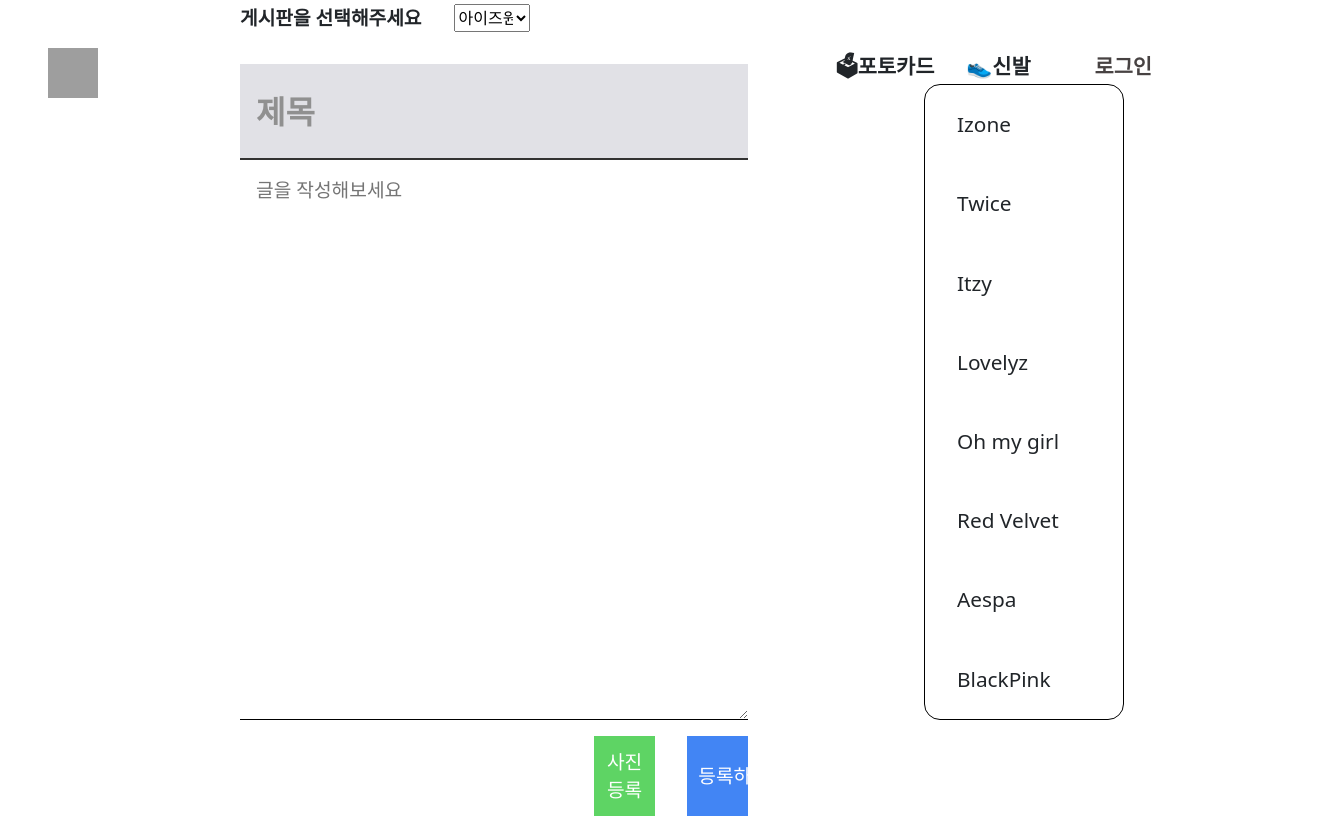
Repository: hwangstar156/goods-trader
Page: /write
An editor plug-in stored every save of this project. The page is shown before and after the next save, followed by the edit.
The browser window is 1280 px wide. The page is 1328 px wide, so the pictures cover 1328 px, including what lies to the right of the window. The pictures show the whole page.
Pictures or frames that could not be fetched are drawn as grey boxes. Some web libraries are served in a nearby version. The project was rebuilt for these pictures with package versions that can differ from the ones it lists, and the page was loaded fresh each time. Also part of the build but not shown: src/App.css, src/component/sign-up/sign-up.component.jsx, src/component/sign-in/sign-in.styles.scss, src/component/sign-in/sign-in.component.jsx, src/component/with-spinner/withSpinner.styles.scss, src/component/with-spinner/withSpinner.component.jsx, src/pages/userprofile/userprofile.styles.scss, src/pages/userprofile/userprofile.utils.js and 7 more.

Above is the page before, as saved 2021-09-05 18:51:38.

### public/index.html
<!DOCTYPE html>
<html lang="en">
  <head>
    <meta charset="utf-8" />
    <link rel="icon" href="%PUBLIC_URL%/favicon.ico" />
    <meta name="viewport" content="width=device-width, initial-scale=1" />
    <meta name="theme-color" content="#000000" />
    <meta
      name="description"
      content="Web site created using create-react-app"
    />
    <link rel="apple-touch-icon" href="%PUBLIC_URL%/logo192.png" />

    <link rel="manifest" href="%PUBLIC_URL%/manifest.json" />
    <script src="https://kit.fontawesome.com/08c91e1c0e.js" crossorigin="anonymous"></script>
    <title>Goods trader</title>
  </head>
  <body>
    <div id="root"></div>
  </body>
</html>

### src/index.js
import React from "react";
import ReactDOM from "react-dom";
import "./index.css";
import App from "./App";
import reportWebVitals from "./reportWebVitals";
import { BrowserRouter } from "react-router-dom";
import { PersistGate } from "redux-persist/integration/react";
import { store, persistor } from "./redux/store";
import { Provider } from "react-redux";
import "bootstrap/dist/css/bootstrap.min.css";
ReactDOM.render(
  <Provider store={store}>
    <BrowserRouter>
      <PersistGate persistor={persistor}>
        <App />
      </PersistGate>
    </BrowserRouter>
  </Provider>,

  document.getElementById("root")
);

// If you want to start measuring performance in your app, pass a function
// to log results (for example: reportWebVitals(console.log))
// or send to an analytics endpoint. Learn more: https://bit.ly/CRA-vitals
reportWebVitals();

### src/redux/store.js
import { createStore, applyMiddleware } from "redux";
import logger from "redux-logger";
import { persistStore } from "redux-persist";
import rootReducer from "./root-redux";
import { composeWithDevTools } from "redux-devtools-extension";
import createSagaMiddleware from "redux-saga";
import rootSaga from "./root-saga";

const sagaMiddleware = createSagaMiddleware();
const middlewares = [logger, sagaMiddleware];

const store = createStore(
  rootReducer,
  composeWithDevTools(applyMiddleware(...middlewares))
);
sagaMiddleware.run(rootSaga);
const persistor = persistStore(store);

export { store, persistor };

### src/pages/userprofile/userprofile.container.jsx
import WithSpinner from "../../component/with-spinner/withSpinner.component";
import UserProfilePage from "./userprofile.pages";
import { compose } from "redux";
import { connect } from "react-redux";
import { createStructuredSelector } from "reselect";
import { selectUserFetching } from "../../redux/user/user.selector";

const mapStateToProps = createStructuredSelector({
  isLoading: selectUserFetching,
});

const UserProfileContainer = compose(
  connect(mapStateToProps),
  WithSpinner
)(UserProfilePage);

export default UserProfileContainer;

### src/component/header/header.component.jsx
import React from "react";
import ProfileIcon from "../userprofile/profileicon.component";
import { Link, useHistory } from "react-router-dom";
import "./header.styles.scss";
import { useSelector } from "react-redux";
import {
  selectCurrentUser,
  selectUserLoggedIn,
} from "../../redux/user/user.selector";

const Header = () => {
  const currentUser = useSelector(selectCurrentUser);
  const isLoggedIn = useSelector(selectUserLoggedIn);
  const history = useHistory();
  const handleLogoClick = () => {
    history.push("/");
  };

  return (
    <>
      <div className="header-container">
        <div className="logo" onClick={handleLogoClick}>
          <img
            src="https://www.freepnglogos.com/uploads/logo-website-png/logo-website-file-globe-icon-svg-wikimedia-commons-21.png"
            alt=""
            className="logo-img"
          />
        </div>
        <div className="header-element">
          {isLoggedIn ? (
            <Link className="header-write" to="/write">
              📝글쓰기
            </Link>
          ) : null}

          <div className="header-photocard">🗳포토카드</div>
          <div className="header-sneakers">👟신발</div>
          {currentUser ? (
            <ProfileIcon />
          ) : (
            <Link to="/signin" className="sign-in-btn">
              로그인
            </Link>
          )}
        </div>
      </div>
    </>
  );
};

export default Header;

### src/redux/user/user.selector.js
import { createSelector } from "reselect";

const selectUser = (state) => state.user;

export const selectCurrentUser = createSelector(
  [selectUser],
  (user) => user.currentUser
);

export const selectUserError = createSelector(
  [selectUser],
  (user) => user.error
);

export const selectUserFetching = createSelector(
  [selectUser],
  (user) => user.isFetching
);

export const selectUserLoggedIn = createSelector(
  [selectUser],
  (user) => user.isLoggedIn
);

### src/pages/write/write.pages.jsx
import React from "react";
import { useState } from "react";
import { useSelector } from "react-redux";
import { firestore, storageRef } from "../../firebase/firebase.utils";
import { selectCurrentUser } from "../../redux/user/user.selector";
import { v4 as uuidv4 } from "uuid";
import { useRef } from "react";
import MenuAside from "../../component/menu-aside/menu-aside.component";
import "github-markdown-css";
import "./write.styles.scss";
import { selectIdols } from "../../redux/idol/idol.selector";
const WritePage = () => {
  const imgRef = useRef(null);
  const inputRef = useRef(null);
  const currentUser = useSelector(selectCurrentUser);
  const idolCollection = useSelector(selectIdols);
  const [text, setText] = useState({
    headText: "",
    mainText: "",
  });
  const [boardId, setBoardId] = useState("");
  const [fileUrl, setFileUrl] = useState("");
  const { headText, mainText } = text;

  const onSubmit = async (e) => {
    e.preventDefault();

    const writing = {
      headText,
      mainText,
      createAt: Date.now(),
      fileUrl,
      boardId,
    };
    firestore.collection("writings").add(writing);
    setText({
      ...text,
      headText: "",
      mainText: "",
    });
  };

  const onChangeTextInput = (e) => {
    const name = e.target.name;
    setText({
      ...text,
      [name]: e.target.value,
    });
  };

  const onChangeFiles = async (e) => {
    const theFile = e.target.files[0];
    if (!theFile) {
      return;
    }
    if (!theFile.type.match(/image.*/)) {
      return;
    }
    const fileRef = storageRef.child(`${currentUser.id}/${uuidv4()}`);
    const responce = await fileRef.put(theFile);
    responce.ref.getDownloadURL().then((url) => {
      setFileUrl(url);
    });
  };

  const onChangeSelectIdol = (e) => {
    setBoardId(encodeURIComponent(e.target.value));
  };

  const onClickRealFileInput = () => {
    inputRef.current.click();
  };

  return (
    <div className="write-container">
      <form onSubmit={onSubmit} className="inputs-form">
        <div className="select-container">
          <label htmlFor="">게시판을 선택해주세요</label>
          <select
            name="idol"
            id="select-collection"
            onChange={onChangeSelectIdol}
            className="idol-selector"
          >
            {idolCollection.map(({ id, title }) => (
              <option key={id} value={title}>
                {title}
              </option>
            ))}
          </select>
        </div>

        <input
          type="text"
          name="headText"
          className="head-input"
          value={headText}
          placeholder="제목"
          onChange={onChangeTextInput}
        />
        <textarea
          type="text"
          placeholder="글을 작성해보세요"
          className="main-input"
          name="mainText"
          value={mainText}
          onChange={onChangeTextInput}
        />
        <input
          type="file"
          accept="image/*"
          onChange={onChangeFiles}
          className="file-input"
          ref={inputRef}
        />
        <footer className="footer-element">
          <button
            type="button"
            className="file-btn"
            onClick={onClickRealFileInput}
          >
            사진 등록
          </button>
          <input type="submit" className="submit-btn" value="등록하기" />
        </footer>
      </form>
      <MenuAside className="menu-aside" />
      <div className="image-preview">
        <img src={fileUrl} alt="" ref={imgRef} />
      </div>
    </div>
  );
};

export default WritePage;

### src/redux/root-redux.js
import { combineReducers } from "redux";
import { persistReducer } from "redux-persist";
import storage from "redux-persist/lib/storage";
import idolReducer from "./idol/idol.reducer";
import userReducer from "./user/user.reducer";
const persistConfig = {
  key: "root",
  storage,
  whitelist: ["cart"],
};

const rootReducer = combineReducers({
  user: userReducer,
  idol: idolReducer,
});

export default persistReducer(persistConfig, rootReducer);

### src/redux/root-saga.js
import { all, call } from "redux-saga/effects";
import { userSagas } from "./user/user.saga";
export default function* rootSaga() {
  yield all([call(userSagas)]);
}

### src/component/sign-up/sign-up.styles.scss
@import url("https://fonts.googleapis.com/css2?family=Poppins&display=swap");
@import url("https://fonts.googleapis.com/css2?family=Jua&display=swap");

* {
  box-sizing: content-box;
  margin: 0;
}
.sign-up-page {
  width: 100%;
  height: 100vh;
  font-family: "Jua", sans-serif;
  & .form-input {
    display: flex;
    flex-direction: column;
    width: 35%;
    justify-content: center;
    margin: 0 auto;
    margin-top: 4rem;
    background-color: skyblue;
    padding: 3rem;
    border-radius: 1rem;

    & h3 {
      font-size: 2rem;
      text-align: center;
      color: black;
    }

    & .sign-up-input {
      margin-top: 2rem;
      height: 3rem;
      background-color: lightgray;
      border: 1px solid black;
      border-radius: 0.5rem;
      font-size: 1rem;
      letter-spacing: 0.1rem;
      padding-left: 1rem;
      &::placeholder {
        letter-spacing: normal;
        font-size: 80%;
        opacity: 1;
      }
    }
  }

  & .sign-up-title {
    display: flex;
    font-style: italic;
    padding-top: 3rem;
    font-size: 3em;

    color: tomato;
    justify-content: center;

    & strong {
      color: blue;
    }
  }

  & .submit-btn {
    width: 20%;
    margin: 4rem auto 0 auto;
    padding: 1rem;
    border-radius: 1.5rem;
    border: transparent;
    background-color: #4285f4;
    color: white;
    font-size: 1rem;

    &:hover {
      cursor: pointer;
      background-color: #357ae8;
    }
  }
}

### src/component/header/header.styles.scss
@import url("https://fonts.googleapis.com/css2?family=Jua&display=swap");

.header-container {
  display: flex;
  position: relative;
  left: 3rem;
  top: 3rem;
  & .logo-img {
    width: 50px;
    height: 50px;
    cursor: pointer;
  }

  & .header-element {
    display: flex;
    position: absolute;
    right: 11rem;
    font-size: 1.3rem;
    line-height: 40px;
    font-weight: 600;
    font-family: "Jua", sans-serif;

    & .header-write {
      text-decoration: none;
      color: rgb(71, 66, 66);
    }

    & .sign-in-btn {
      text-decoration: none;
      color: rgb(71, 66, 66);
    }
    & .header-write {
      margin-right: 2rem;
    }

    & .header-photocard {
      margin-right: 2rem;
    }

    & .header-sneakers {
      margin-right: 4rem;
    }
  }
}

### src/redux/user/user.types.js
export const UserActionTypes = {
  GOOGLE_SIGN_IN_START: "GOOGLE_SIGN_IN_START",
  EMAIL_SIGN_IN_START: "EMAIL_SIGN_IN_START",
  SIGN_IN_SUCCESS: "SIGN_IN_SUCCESS",
  SIGN_IN_FAILURE: "SIGN_IN_FAILURE",
  CHECK_USER_SESSION: "CHECK_USER_SESSION",
  SIGN_OUT_START: "SIGN_OUT_START",
  SIGN_OUT_SUCCESS: "SIGN_OUT_SUCCESS",
  SIGN_OUT_FAILURE: "SIGN_OUT_FAILURE",
  SIGN_UP_START: "SIGN_UP_START",
  SIGN_UP_SUCCESS: "SIGN_UP_SUCCESS",
  SIGN_UP_FAILURE: "SIGN_UP_FAILURE",
  CHANGE_USER_IMAGE: "CHANGE_USER_IMAGE",
  REFRESH_USER_START: "REFRESH_USER_START",
  REFRESH_USER_SUCCESS: "REFRESH_USER_REFRESH_USER_SUCCESS",
  REFRESH_USER_FAILURE: "REFRESH_USER_FAILURE",
};

### src/component/menu-aside/menu-aside.component.jsx
import React from "react";
import "./menu-aside.styles.scss";
const MenuAside = () => {
  return (
    <aside>
      <ul className="menu-aside">
        <li>Izone</li>
        <li>Twice</li>
        <li>Itzy</li>
        <li>Lovelyz</li>
        <li>Oh my girl</li>
        <li>Red Velvet</li>
        <li>Aespa</li>
        <li>BlackPink</li>
      </ul>
    </aside>
  );
};

export default MenuAside;

### src/pages/write/write.styles.scss
.write-container {
  height: 100vh;
  display: flex;
  justify-content: center;
  align-items: center;

  & .image-preview{
      width: 512px;
      height: 315px;
      background-repeat: no-repeat;
      background-position: center;
      background-size: contain;
  }

  & .inputs-form {
    display: flex;
    flex-direction: column;
    margin-left: 15rem;
    margin-right: 6rem;
    width: 900px;
    & .select-container {
        display: flex;
        margin-bottom: 2rem;
        & label{
            font-size: 1.2rem;
            font-weight: 600;
            font-family: 'Segoe UI', Tahoma, Geneva, Verdana, sans-serif;

        }

    & .idol-selector{
        margin-left: 2rem;
        width: 15%;
        display: inline-block;
    }
    }

    & .head-input {
      height: 6rem;
      border: none;
      border-bottom: 2px solid black;
      background-color: rgb(218, 218, 224);
      opacity: 0.8;
      padding-left: 1rem;
      font-weight: 600;
      font-size: 2rem;
      &:focus {
        outline: none;
      }
    }

    & .main-input {
      border: none;
      border-bottom: 1px solid black;
      height: 35rem;
      padding: 1rem 0 0 1rem;
      font-size: 1.2rem;
      &:focus {
        outline: none;
      }
    }

     & .file-input{
         display: none;
     }
    & .footer-element{
        display: flex;
        & .file-btn{
            width: 12%;
            padding: 0.7rem;
            margin-left: auto;
            margin-top: 1rem;
            margin-right: 2rem;
            color: white;
            border: none;
            font-size: 1.2rem;
            background-color: #5ed464;
            &:hover{
                background-color: #45be4b;
            }
        }
        & .submit-btn{
            width: 12%;
            padding: 0.7rem;
            margin-top: 1rem;
            color: white;
            border: none;
            font-size: 1.2rem;
            background-color: #4285f4;
            &:hover{
                background-color: #357ae8;
            }
        }
    }
  }
}

### src/redux/idol/idol.selector.js
import { createSelector } from "reselect";

const selectIdol = (state) => state.idol;

export const selectIdols = createSelector(
  [selectIdol],
  (idol) => idol.sections
);

### src/redux/idol/idol.reducer.js
import idolData from "./idol.data";
import IdolTypeActions from "./idol.type";
const idolReducer = (state = idolData, action) => {
  switch (action.type) {
    case IdolTypeActions.CHANGE_IMAGE_SIZE:
      return {
        ...state,
        imageUrl: action.payload,
      };
    default:
      return state;
  }
};

export default idolReducer;

### src/redux/user/user.reducer.js
import { UserActionTypes } from "./user.types";

const INITIAL_STATE = {
  currentUser: null,
  error: null,
  isFetching: true,
  isLoggedIn: false,
};

const userReducer = (state = INITIAL_STATE, action) => {
  switch (action.type) {
    case UserActionTypes.REFRESH_USER_START:
    case UserActionTypes.CHECK_USER_SESSION:
      return {
        ...state,
        isFetching: true,
      };
    case UserActionTypes.REFRESH_USER_SUCCESS:
    case UserActionTypes.SIGN_IN_SUCCESS:
      return {
        ...state,
        currentUser: action.payload,
        error: null,
        isFetching: false,
        isLoggedIn: true,
      };
    case UserActionTypes.SIGN_OUT_SUCCESS:
      return {
        ...state,
        currentUser: null,
        error: null,
        isLoggedIn: false,
      };
    case UserActionTypes.REFRESH_USER_FAILURE:
    case UserActionTypes.SIGN_IN_FAILURE:
    case UserActionTypes.SIGN_OUT_FAILURE:
    case UserActionTypes.SIGN_UP_FAILURE:
      return {
        ...state,
        error: action.payload,
      };
    default:
      return state;
  }
};

export default userReducer;

### src/component/menu-aside/menu-aside.styles.scss
.menu-aside {
    list-style: none;
    min-width: 200px;
    margin-left: 5rem;
    border-radius: 1rem;
    border: 1px solid black;
    padding-left: 0;

    & li {
        margin-left: 0;
      padding: 1.5rem 0 1.5rem 2rem;
      font-size: 1.3rem;
      border-radius: 1rem;
      &:hover{
          background-color: rgb(169, 169, 255);
          color: white;
        cursor:pointer;
      }
    }
  }

### src/redux/idol/idol.type.js
const IdolTypeActions = {
  CHANGE_IMAGE_SIZE: "CHANGE_IMAGE_SIZE",
};

export default IdolTypeActions;

### src/menu-item/menu-item.styles.scss
* {
  box-sizing: content-box;
  margin: 0;
}

.menu-item {
  overflow: hidden;
  min-width: 30%;
  &:hover {
    cursor: pointer;

    & .background-image {
      transform: scale(1.04);
      transition: transform 2s cubic-bezier(0.25, 0.45, 0.45, 0.95);

      & .content {
        opacity: 0.9;
      }
    }
  }
  & .background-image {
    position: relative;
    height: 700px;

    background-size: cover;
    background-repeat: no-repeat;
    background-position: center;

    & .content {
      position: absolute;
      width: 7.5rem;
      height: 7.5rem;
      display: flex;
      flex-direction: column;
      align-items: center;
      justify-content: center;
      border: 1px solid black;
      top: 50%;
      left: 50%;
      background-color: white;
      opacity: 0.7;
      transform: translate(-50%, -50%);
      border-radius: 0.5rem;
      & .title {
        font-weight: bold;
        margin: 0 3px 0;
        font-size: 20px;
        color: #4a4a4a;
        font-family: sans-serif;
      }
    }
  }
}

Loaded but not shown: src/index.css (common file); src/reportWebVitals.js (common file); src/redux/user/user.saga.js (119 lines, source omitted); src/firebase/firebase.utils.js (87 lines, source omitted); src/redux/user/user.action.js (66 lines, source omitted); src/redux/idol/idol.data.js (58 lines, source omitted); src/App.js (38 lines, source omitted)

After the next save:
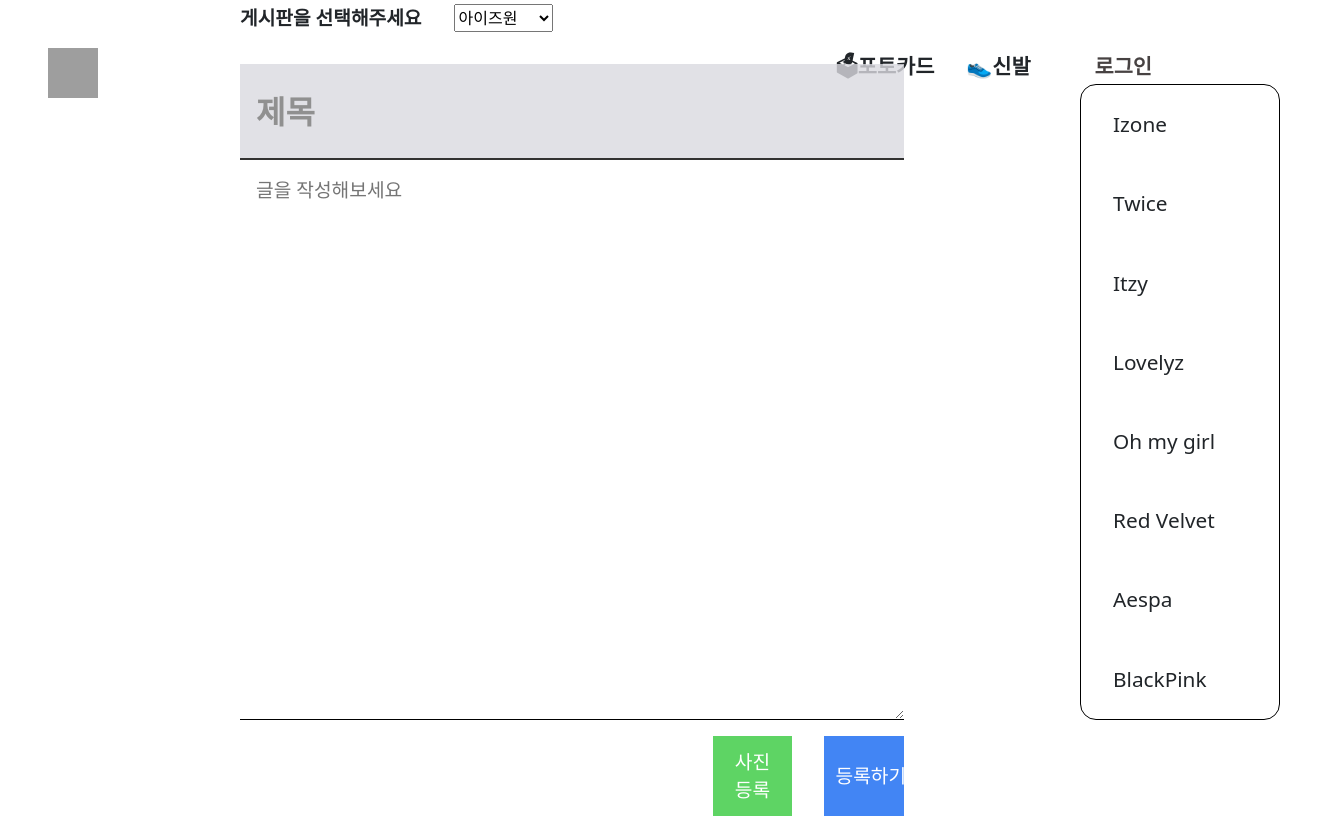
Saved 89 s later.
--- a/src/pages/write/write.styles.scss
+++ b/src/pages/write/write.styles.scss
@@ -5,8 +5,7 @@
   align-items: center;
 
   & .image-preview{
-      width: 512px;
-      height: 315px;
+
       background-repeat: no-repeat;
       background-position: center;
       background-size: contain;

After the 2 saves that followed:
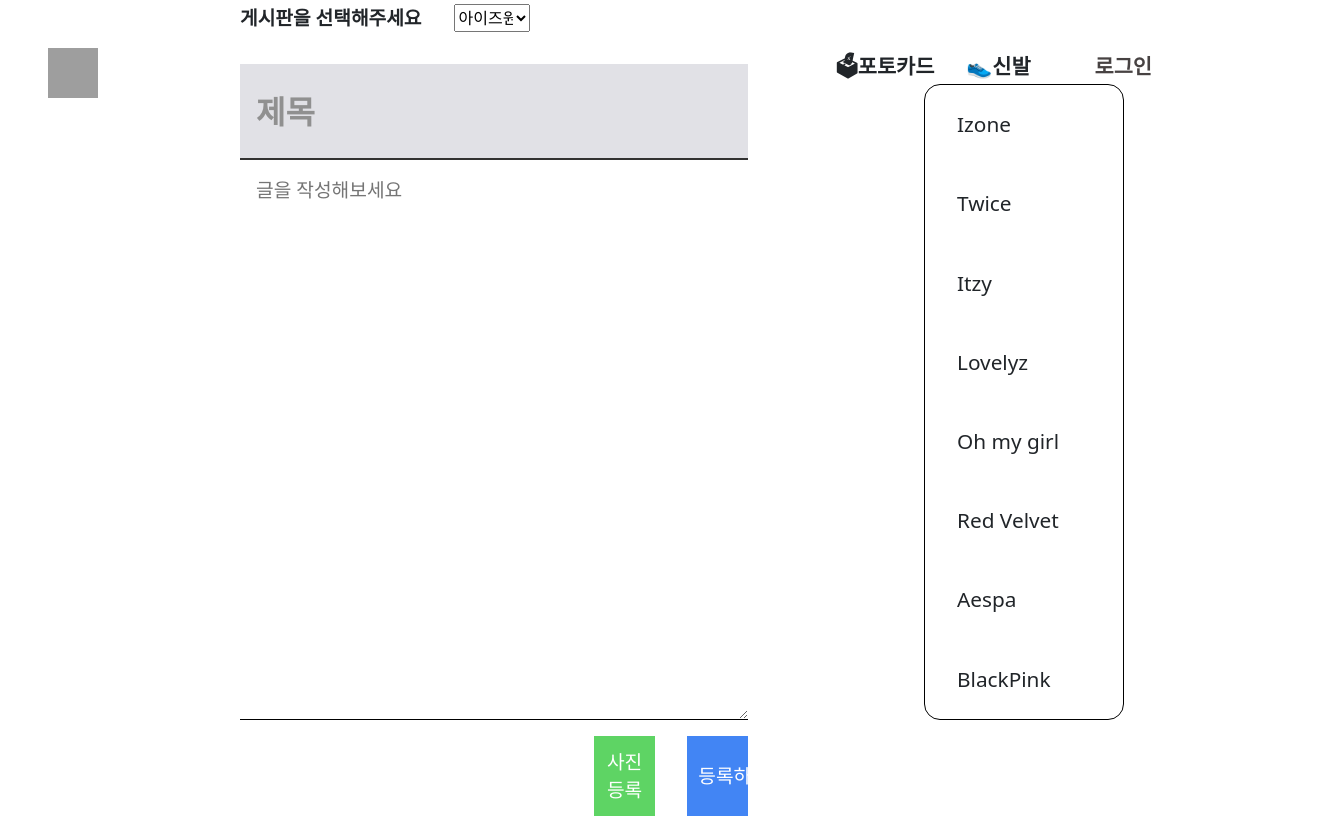
The 2 saves are shown as one change because 1 left the picture as it was.
The last was saved 37 s later.
--- a/src/pages/write/write.styles.scss
+++ b/src/pages/write/write.styles.scss
@@ -5,10 +5,12 @@
   align-items: center;
 
   & .image-preview{
-
+      width: 300px;
+      height:150px;
+        overflow: hidden;
       background-repeat: no-repeat;
       background-position: center;
-      background-size: contain;
+      background-size: cover;
   }
 
   & .inputs-form {
